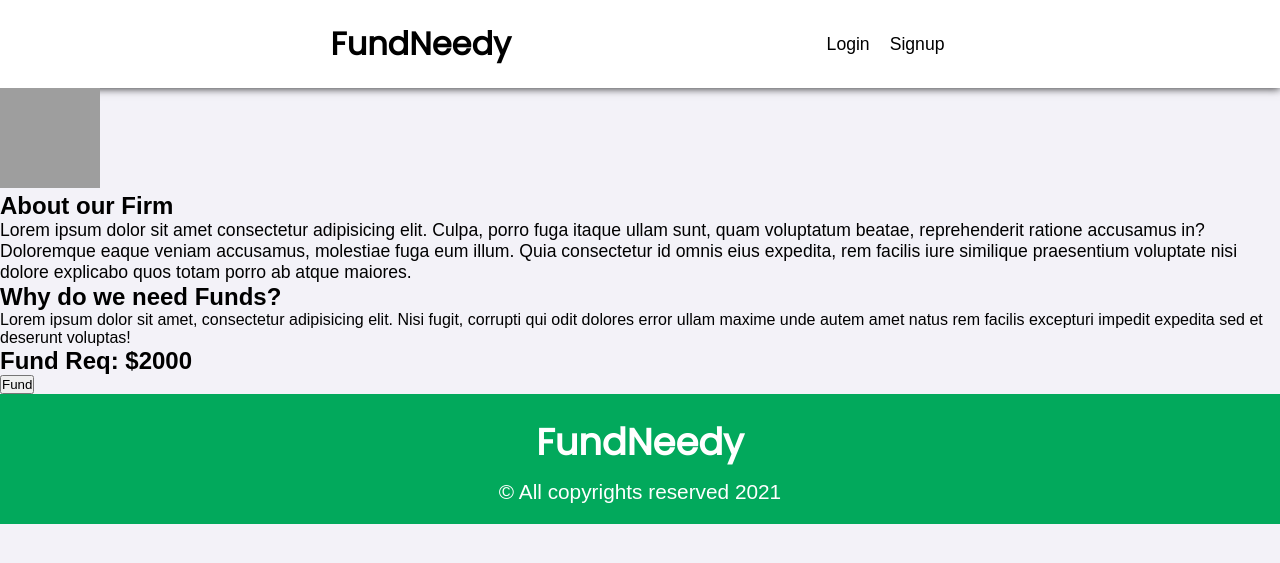
Repository: osdc/codejam
Page: /firmname (app in sassy-sandwiches/fund-needy/)
An editor plug-in stored every save of this project. The page is shown before and after the next save, followed by the edit.
The browser window is 1280 px wide. The pictures show the whole page.
Pictures or frames that could not be fetched are drawn as grey boxes. The project was rebuilt for these pictures with package versions that can differ from the ones it lists, and the page was loaded fresh each time. Also part of the build but not shown: sassy-sandwiches/fund-needy/src/Showcase.css, sassy-sandwiches/fund-needy/src/Showcase.js, sassy-sandwiches/fund-needy/src/Needies.css, sassy-sandwiches/fund-needy/src/Needy.css, sassy-sandwiches/fund-needy/src/Needy.js, sassy-sandwiches/fund-needy/src/Needies.js.

Above is the page before, as saved 2021-01-09 22:01:07.

### sassy-sandwiches/fund-needy/src/App.js
import React from "react";
import "./App.css";
import Navbar from "./Navbar";
import Showcase from "./Showcase";
import Needies from "./Needies";
import Footer from "./Footer";
import { BrowserRouter as Router, Route, Switch } from "react-router-dom";
import FirmFund from "./FirmFund";

function App() {
  return (
    <div className="App">
      <Router>
        <Navbar />
        <Switch>
          <Route exact path="/" component={Showcase} />
          <Route path="/needies" component={Needies} />
          <Route path="/firmname" component={FirmFund} />
        </Switch>
        <Footer />
      </Router>
    </div>
  );
}

export default App;

### sassy-sandwiches/fund-needy/src/App.css
* {
  margin: 0;
  padding: 0;
  font-family: Arial, Helvetica, sans-serif;
}

body {
  background-color: #f3f2f8;
}

### sassy-sandwiches/fund-needy/src/Navbar.js
import React from "react";
import "./Navbar.css";

function Navbar() {
  return (
    <div className="navbar">
      <div className="navbar_logo">
        <h1>FundNeedy</h1>
      </div>
      <div className="navbar_login_signup">
        <button>Login</button>
        <button>Signup</button>
      </div>
    </div>
  );
}

export default Navbar;

### sassy-sandwiches/fund-needy/src/Footer.js
import React from "react";
import "./Footer.css";

function Footer() {
  return (
    <div className="footer">
      <h1>FundNeedy</h1>
      <p>© All copyrights reserved 2021</p>
    </div>
  );
}

export default Footer;

### sassy-sandwiches/fund-needy/src/FirmFund.js
import React from "react";
import "./FirmFund.css";

function FirmFund() {
  return (
    <div className="firmFund">
      <div className="firmFund_image">
        <img
          src="https://i.pinimg.com/originals/ba/fc/15/bafc1525cef9606c5c064694ca8e60fb.jpg"
          alt=""
        />
      </div>
      <div className="firmFund_about">
        <h2>About our Firm</h2>
        <p>
          Lorem ipsum dolor sit amet consectetur adipisicing elit. Culpa, porro
          fuga itaque ullam sunt, quam voluptatum beatae, reprehenderit ratione
          accusamus in? Doloremque eaque veniam accusamus, molestiae fuga eum
          illum. Quia consectetur id omnis eius expedita, rem facilis iure
          similique praesentium voluptate nisi dolore explicabo quos totam porro
          ab atque maiores.
        </p>
      </div>
      <div className="firmFund_need">
        <h2>Why do we need Funds?</h2>
        <p>
          Lorem ipsum dolor sit amet, consectetur adipisicing elit. Nisi fugit,
          corrupti qui odit dolores error ullam maxime unde autem amet natus rem
          facilis excepturi impedit expedita sed et deserunt voluptas!
        </p>
      </div>
      <div className="firmFund_fund">
        <h2>Fund Req: $2000</h2>
        <button>Fund</button>
      </div>
    </div>
  );
}

export default FirmFund;

### sassy-sandwiches/fund-needy/src/Navbar.css
@import url("https://fonts.googleapis.com/css2?family=Poppins&display=swap");

.navbar {
  display: flex;
  align-items: center;
  justify-content: space-evenly;
  padding: 20px;
  -webkit-box-shadow: 0px 1px 8px 0px rgba(0, 0, 0, 0.75);
  -moz-box-shadow: 0px 1px 8px 0px rgba(0, 0, 0, 0.75);
  box-shadow: 0px 1px 8px 0px rgba(0, 0, 0, 0.75);
  background-color: #fff;
  /* position: sticky; */
  top: 0;
  z-index: 10000;
}

.navbar_logo > h1 {
  font-family: "Poppins", sans-serif;
}

.navbar_login_signup {
  display: flex;
  align-items: center;
  justify-content: space-between;
}

.navbar_login_signup > button:nth-of-type(1) {
  margin-right: 10px;
}

.navbar_login_signup > button {
  padding: 5px;
  font-size: 1.1rem;
  outline: none;
  border: none;
  background-color: #fff;
  cursor: pointer;
  width: 100%;
}

### sassy-sandwiches/fund-needy/src/Footer.css
.footer {
  text-align: center;
  background-color: #02a95c;
  color: #fff;
  padding: 20px;
}

.footer > h1 {
  font-size: 2.3rem;
  font-family: "Poppins";
}

.footer > p {
  font-size: 1.3rem;
  font-weight: 400;
  margin-top: 10px;
}

### sassy-sandwiches/fund-needy/src/FirmFund.css
.firmFund_image > img {
  height: 100px;
  width: 100px;
}

.firmFund_about > p {
  font-size: 1.1rem;
}

Loaded but not shown: sassy-sandwiches/fund-needy/public/index.html (common file); sassy-sandwiches/fund-needy/src/index.js (common file); sassy-sandwiches/fund-needy/src/index.css (common file)

After the next save:
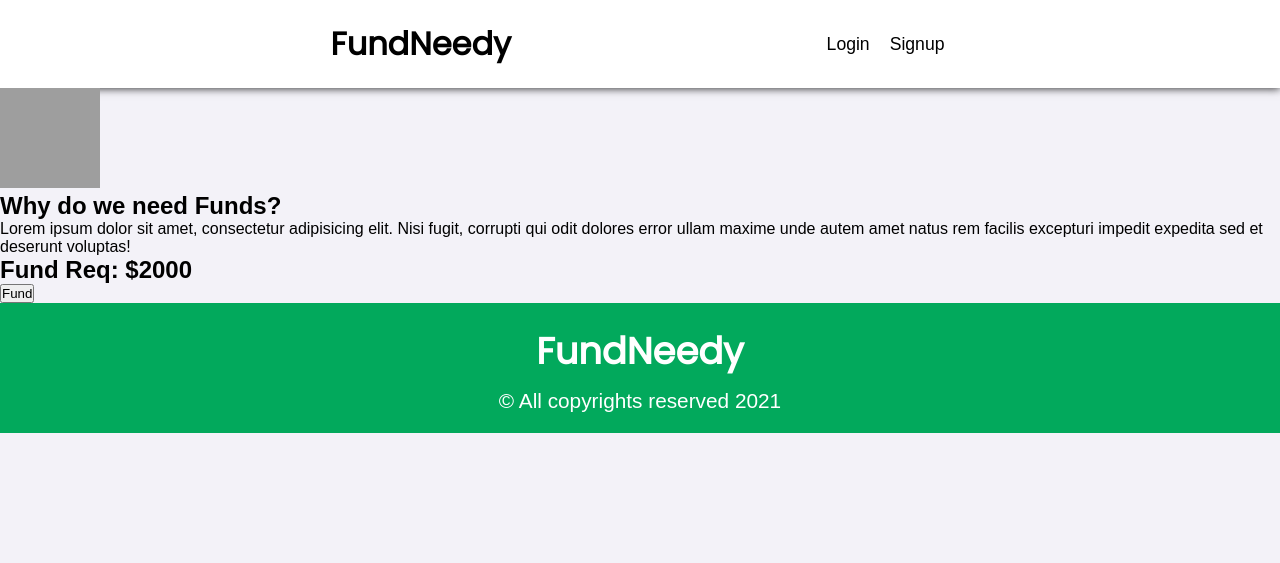
Saved 6 min 24 s later.
--- a/sassy-sandwiches/fund-needy/src/FirmFund.css
+++ b/sassy-sandwiches/fund-needy/src/FirmFund.css
@@ -6,3 +6,7 @@
 .firmFund_about > p {
   font-size: 1.1rem;
 }
+
+.firmFund_about {
+  display: none;
+}
